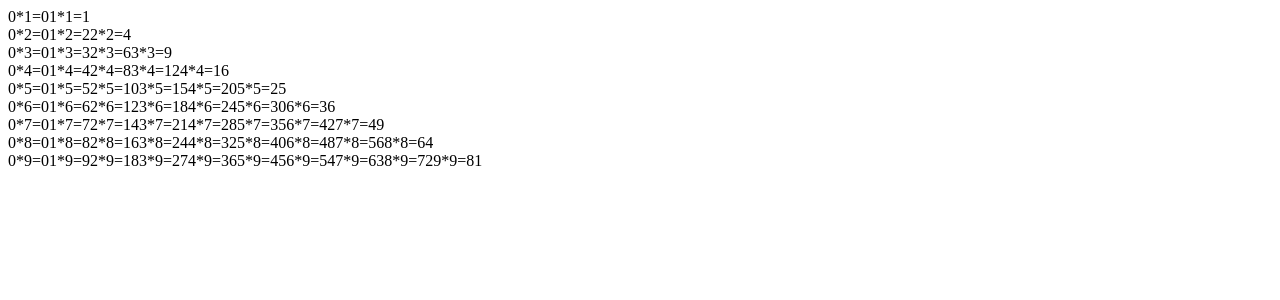
Repository: pengyuguan1984/JavaScriptPractice
Page: For-Exec02.html
The author's editor kept a copy of each file at every save. The page is drawn from the files as they stood at one save, then again after the next save.
The browser window is 1280 px wide. The pictures show the whole page.

Above is the page before, as saved 2020-10-07 16:25:19.

### For-Exec02.html
<!DOCTYPE html>
<html lang="en">
<head>
    <meta charset="UTF-8">
    <meta name="viewport" content="width=device-width, initial-scale=1.0">
    <title>For-Exec02</title>
    <script>
        /*打印99乘法表
        1*1=1
        1*2=2 2*2=4
        1*3=3 2*3=6 3*3=9
        1*4=4 2*4=8 3*4=12 4*4=16
        */

    //    for(var i=0;i<9;i++){

    //        for(j=1;j<=i+1;j++){
    //            var m=i+1;
    //            var c=j*m;

    //            document.write(j+'*'+m+'='+c+',')
    //        }
    //        document.write('<br />')
    //    }
    for(var i=1; i<=9; i++){
        for(j=0;j<i+1;j++){
            document.write(j+'*'+i+'='+j*i)
        }
       document.write('<br />')
    }
    </script>
</head>
<body>

</body>
</html>

After the next save:
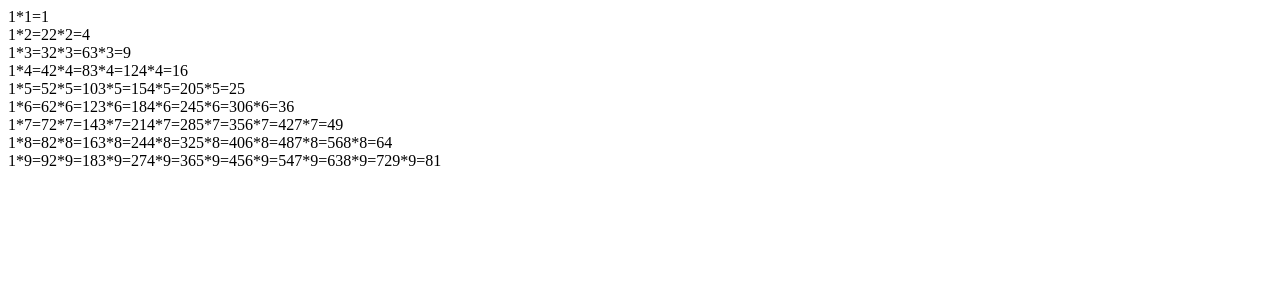
Saved 4 s later.
--- a/For-Exec02.html
+++ b/For-Exec02.html
@@ -23,7 +23,7 @@
     //        document.write('<br />')
     //    }
     for(var i=1; i<=9; i++){
-        for(j=0;j<i+1;j++){
+        for(j=1;j<i+1;j++){
             document.write(j+'*'+i+'='+j*i)
         }
        document.write('<br />')
